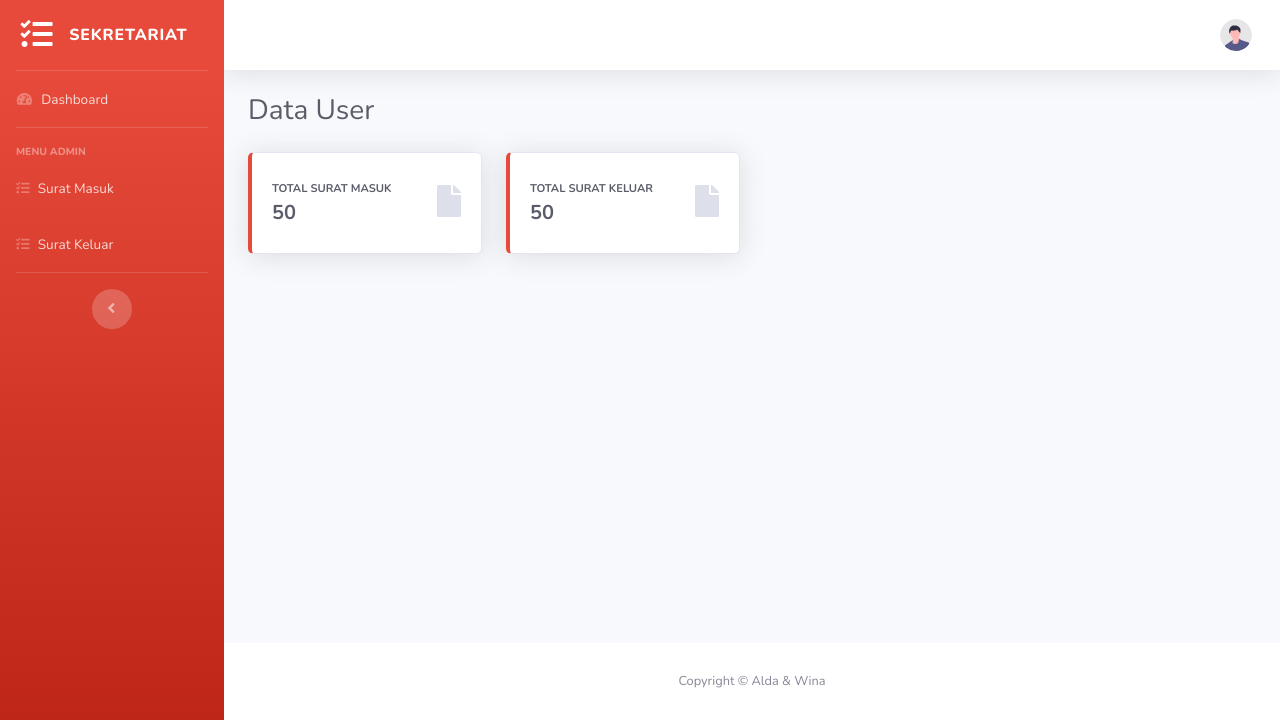
Repository: aldasamrotulfuadah/projek-PKL
Page: http://localhost/user
These files come from the project's save history. The page is drawn as it stood at one moment and after a run of saves; the edit follows.
The browser window is 1280 px wide. The pictures show the whole page.
The page is served by the project's Laravel application, run on PHP 8.4 with Laravel 12.

Above is the page before, as saved 2026-03-10 09:14:58.

After the next 2 saves:
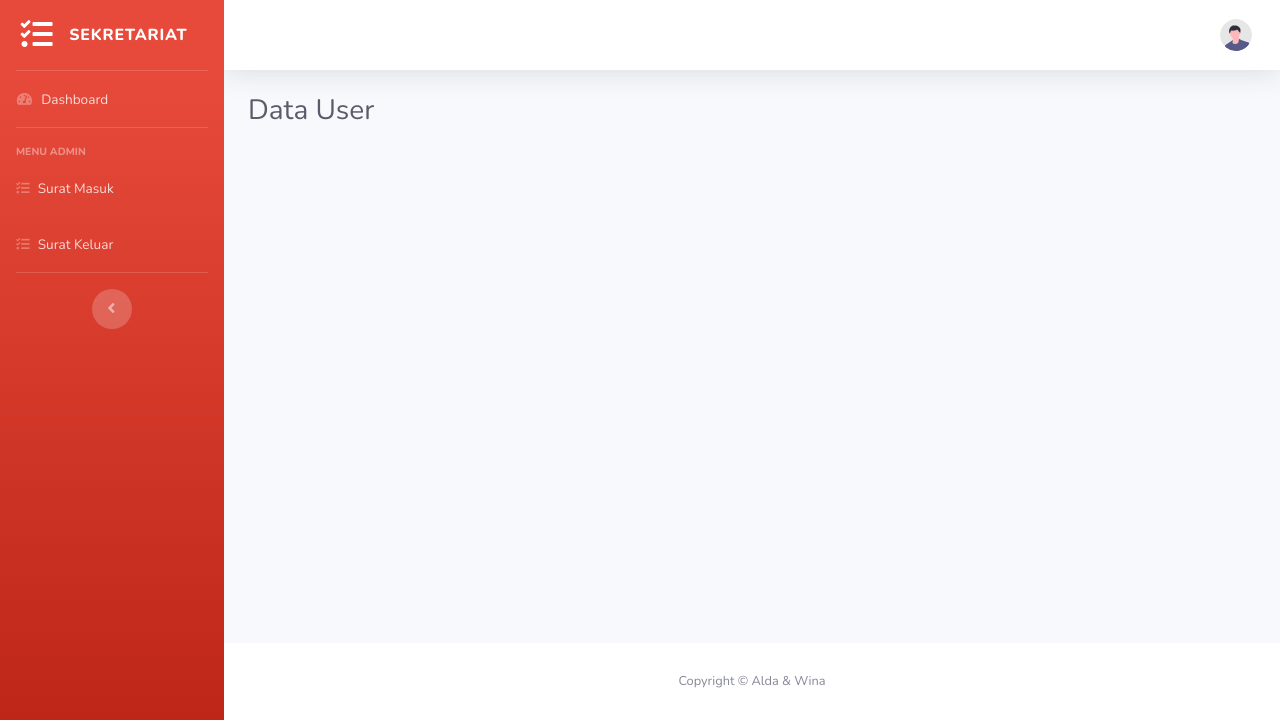
The 2 saves are shown as one change because they came seconds apart.
The last was saved 38 s later.
--- a/resources/views/admin/user.blade.php
+++ b/resources/views/admin/user.blade.php
@@ -3,39 +3,5 @@
 @section('content')
 
     <h1 class="h3 mb-4 text-gray-800">{{ $title }}</h1>
-    <div class="row">
-        <div class="col-xl-3 col-md-6 mb-4">
-            <div class="card border-left-danger shadow h-100 py-2">
-                <div class="card-body">
-                    <div class="row no-gutters align-items-center">
-                        <div class="col mr-2">
-                            <div class="text-xs font-weight-bold text-dark text-uppercase mb-1">
-                            Total Surat Masuk</div>
-                            <div class="h5 mb-0 font-weight-bold text-gray-800">50</div>
-                        </div>
-                        <div class="col-auto">
-                            <i class="fas fa-file fa-2x text-gray-300"></i>
-                        </div>
-                    </div>
-                </div>
-            </div>
-        </div>
-        <div class="col-xl-3 col-md-6 mb-4">
-            <div class="card border-left-danger shadow h-100 py-2">
-                <div class="card-body">
-                    <div class="row no-gutters align-items-center">
-                        <div class="col mr-2">
-                            <div class="text-xs font-weight-bold text-dark text-uppercase mb-1">
-                            Total Surat Keluar</div>
-                            <div class="h5 mb-0 font-weight-bold text-gray-800">50</div>
-                        </div>
-                        <div class="col-auto">
-                            <i class="fas fa-file fa-2x text-gray-300"></i>
-                        </div>
-                    </div>
-                </div>
-            </div>
-        </div>
-    </div>
 
 @endsection
